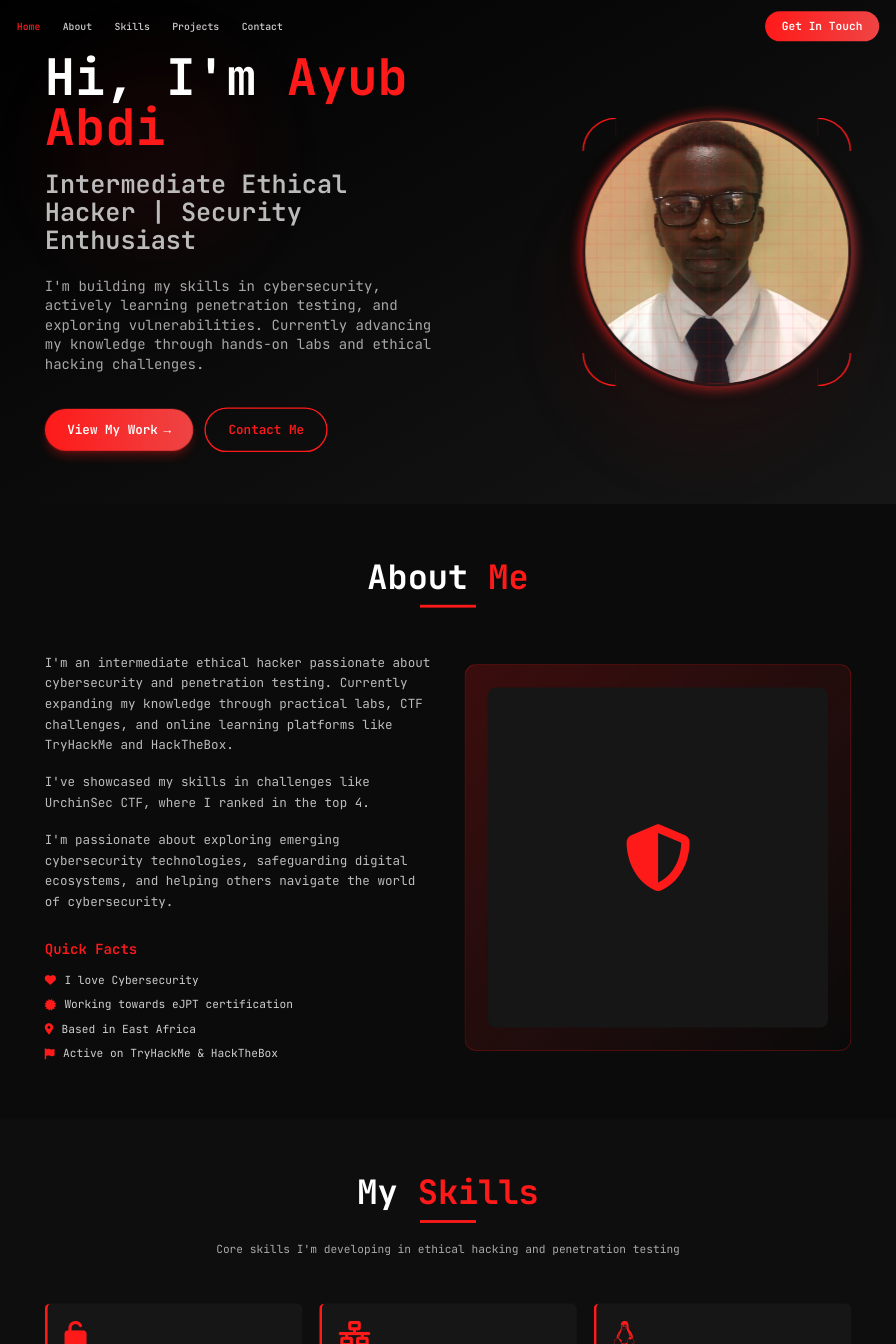
Repository: Eyub-Abdi/portfolio
Page: /
These files come from the project's save history. The page is drawn as it stood at one moment and after the next save; the edit follows.
The browser window is 1280 px wide. The pictures show the part of the page from y = 0 to 1920 px (the page is 5001 px tall), at 70% of full size.
The project was rebuilt for these pictures with package versions that can differ from the ones it lists, and the page was loaded fresh each time. Also part of the build but not shown: vite.config.ts.

Above is the page before, as saved 2025-12-02 12:18:35.

After the next save:
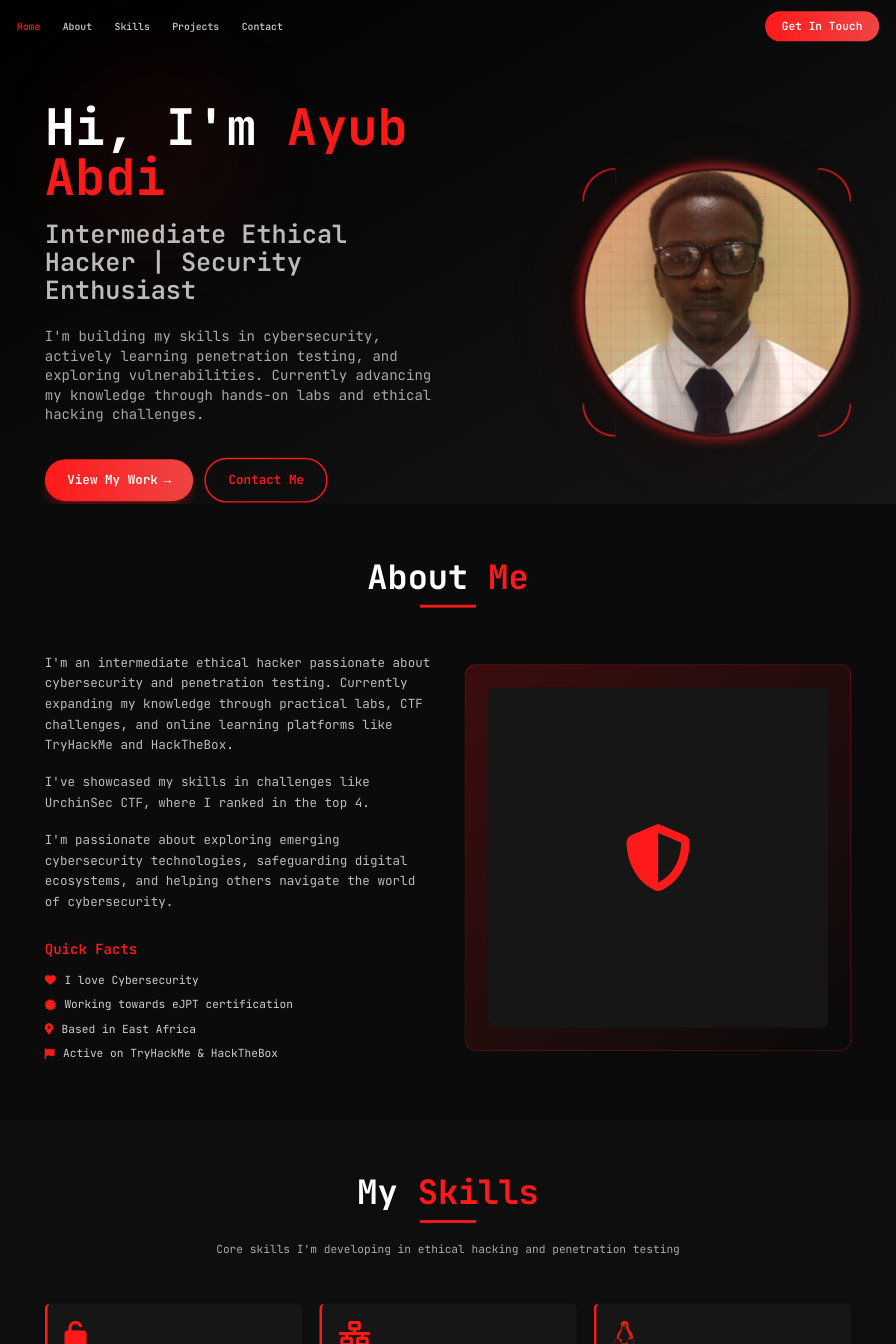
Saved 2 min 54 s later.
--- a/src/App.tsx
+++ b/src/App.tsx
@@ -106,14 +106,14 @@ function App() {
       </header>
 
       {/* Hero Section */}
-      <section id="home" className="min-h-screen flex items-center justify-center relative overflow-hidden px-6">
+      <section id="home" className="min-h-screen flex items-center justify-center relative overflow-hidden px-6 pt-20">
         <div className="absolute inset-0 bg-gradient-to-br from-black via-dark-bg to-panel-bg"></div>
         <div className="absolute inset-0 opacity-10">
           <div className="absolute top-20 left-20 w-72 h-72 bg-red-terminal rounded-full filter blur-3xl animate-pulse"></div>
           <div className="absolute bottom-20 right-20 w-96 h-96 bg-red-terminal rounded-full filter blur-3xl animate-pulse delay-1000"></div>
         </div>
 
-        <div className="relative z-10 max-w-6xl mx-auto">
+        <div className="relative z-10 max-w-6xl mx-auto mt-16">
           <div className="grid md:grid-cols-2 gap-12 items-center">
             {/* Text Content */}
             <div className="text-center md:text-left">
